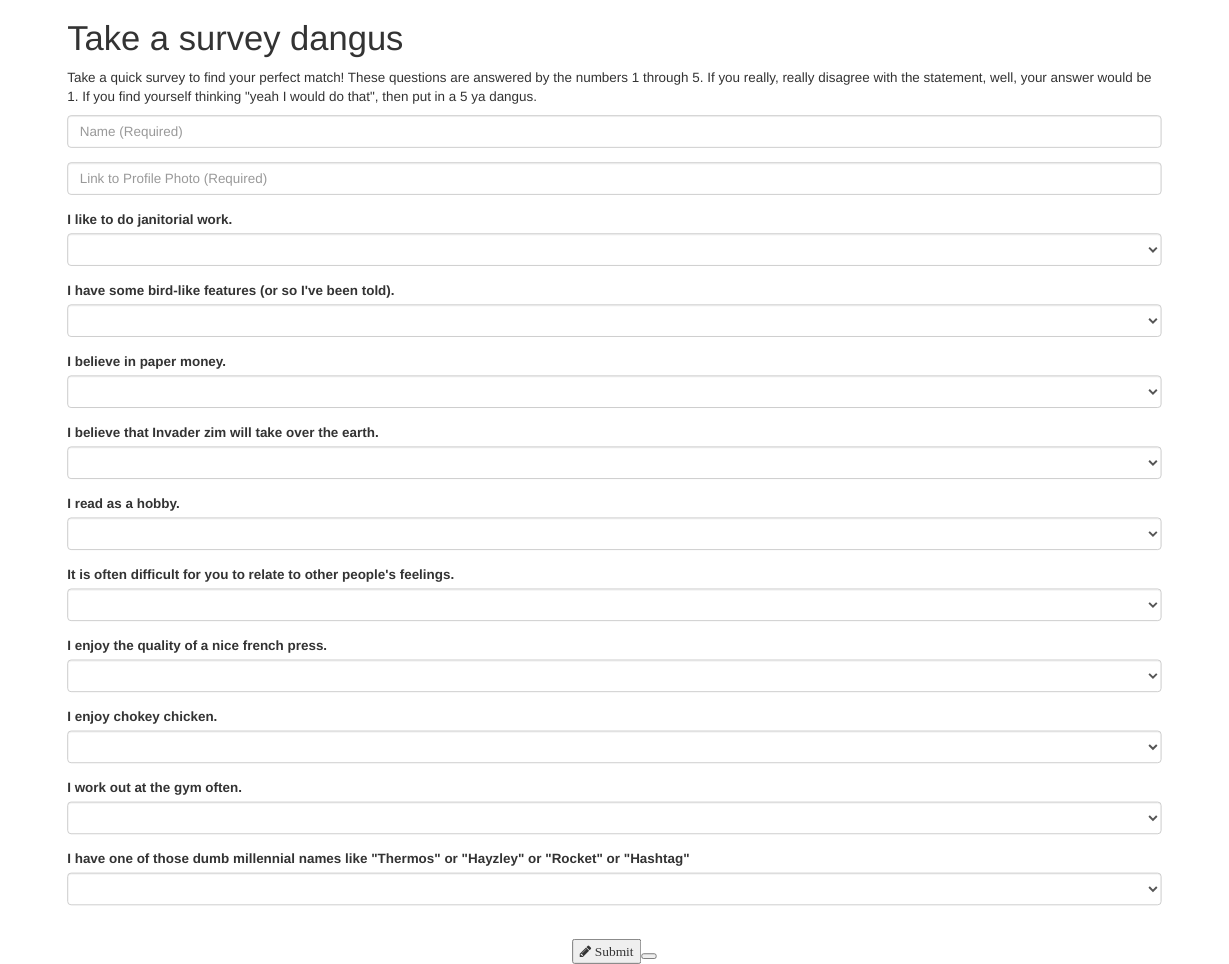
Repository: kcummings1/Mate-Matcher
Page: public/survey.html
The author's editor kept a copy of each file at every save. The page is drawn from the files as they stood at one save, then again after the next save.
The browser window is 1280 px wide. The pictures show the whole page, at 96% of full size.
Some web libraries are served in a nearby version.

Above is the page before, as saved 2019-10-05 12:14:49.

### public/survey.html
<!DOCTYPE html>
<html>

<head>
    <title>Friend Finder | Survey</title>
    <!--===================\\BootStrap//===================-->
    <link rel="stylesheet" href="https://maxcdn.bootstrapcdn.com/bootstrap/3.3.7/css/bootstrap.min.css">
    <link rel="stylesheet" href="https://maxcdn.bootstrapcdn.com/font-awesome/4.7.0/css/font-awesome.min.css">
</head>
<body>

    <div class="container">

        <h1>Take a survey dangus</h1>
        <p>Take a quick survey to find your perfect match! These questions are answered by the numbers 1 through 5. If
            you really, really disagree with the statement, well, your answer would be 1. If you find yourself thinking
            "yeah I would do that", then put in a 5 ya dangus.</p>
        <form>
            <div class="form-group">
                <input id="name" type="text" class="form-control" placeholder="Name (Required)">
            </div>
            <div class="form-group">
                <input id="photo" type="text" class="form-control" placeholder="Link to Profile Photo (Required)">
            </div>
            <div class="form-group">
                <label for="question1">I like to do janitorial work.</label>
                <select class="form-control" id="question1">
                    <option value="empty"></option>
                    <option value="1">1</option>
                    <option value="2">2</option>
                    <option value="3">3</option>
                    <option value="4">4</option>
                    <option value="5">5</option>
                </select>
            </div>
            <div class="form-group">
                <label for="question2">I have some bird-like features (or so I've been told).</label>
                <select class="form-control" id="question2">
                    <option value="empty"></option>
                    <option value="1">1</option>
                    <option value="2">2</option>
                    <option value="3">3</option>
                    <option value="4">4</option>
                    <option value="5">5</option>
                </select>
            </div>
            <div class="form-group">
                <label for="question3">I believe in paper money.</label>
                <select class="form-control" id="question3">
                    <option value="empty"></option>
                    <option value="1">1</option>
                    <option value="2">2</option>
                    <option value="3">3</option>
                    <option value="4">4</option>
                    <option value="5">5</option>
                </select>
            </div>
            <div class="form-group">
                <label for="question4">I believe that Invader zim will take over the earth.</label>
                <select class="form-control" id="question4">
                    <option value="empty"></option>
                    <option value="1">1</option>
                    <option value="2">2</option>
                    <option value="3">3</option>
                    <option value="4">4</option>
                    <option value="5">5</option>
                </select>
            </div>
            <div class="form-group">
                <label for="question5">I read as a hobby.</label>
                <select class="form-control" id="question5">
                    <option value="empty"></option>
                    <option value="1">1</option>
                    <option value="2">2</option>
                    <option value="3">3</option>
                    <option value="4">4</option>
                    <option value="5">5</option>
                </select>
            </div>
            <div class="form-group">
                <label for="question6">It is often difficult for you to relate to other people's feelings.</label>
                <select class="form-control" id="question6">
                    <option value="empty"></option>
                    <option value="1">1</option>
                    <option value="2">2</option>
                    <option value="3">3</option>
                    <option value="4">4</option>
                    <option value="5">5</option>
                </select>
            </div>
            <div class="form-group">
                <label for="question7">I enjoy the quality of a nice french press.</label>
                <select class="form-control" id="question7">
                    <option value="empty"></option>
                    <option value="1">1</option>
                    <option value="2">2</option>
                    <option value="3">3</option>
                    <option value="4">4</option>
                    <option value="5">5</option>
                </select>
            </div>
            <div class="form-group">
                <label for="question8">I enjoy chokey chicken.</label>
                <select class="form-control" id="question8">
                    <option value="empty"></option>
                    <option value="1">1</option>
                    <option value="2">2</option>
                    <option value="3">3</option>
                    <option value="4">4</option>
                    <option value="5">5</option>
                </select>
            </div>
            <div class="form-group">
                <label for="question9">I work out at the gym often.</label>
                <select class="form-control" id="question9">
                    <option value="empty"></option>
                    <option value="1">1</option>
                    <option value="2">2</option>
                    <option value="3">3</option>
                    <option value="4">4</option>
                    <option value="5">5</option>
                </select>
            </div>
            <div class="form-group">
                <label for="question10">I have one of those dumb millennial names like "Thermos" or "Hayzley" or
                    "Rocket" or "Hashtag"</label>
                <select class="form-control" id="question10">
                    <option value="empty"></option>
                    <option value="1">1</option>
                    <option value="2">2</option>
                    <option value="3">3</option>
                    <option value="4">4</option>
                    <option value="5">5</option>
                </select>
            </div>
        </form>
        <div class="text-center"><br>
            <button><i class="fa fa-pencil survey-button"> Submit</i><button>
        </div>

        <!-- Modal after survey completion -->
        <div id="bestFriendModal" class="modal fade" role="dialog">
            <div class="modal-dialog">
                <div class="modal-content">
                    <div class="modal-header">

                        <h3 class="modal-title">Your New Best Friend</h1>
                    </div>
                    <div class="modal-body">
                        <h2 id="bestFriend"></h2>

                    </div>
                    <div class="modal-footer">
                        <!-- <img id="bestFriendPhoto" src="#"> <button type="button" class="btn btn-default" data-dismiss="modal">Close</button> -->
                    </div>
                </div>
            </div>
        </div>
    </div>



    <script src="https://code.jquery.com/jquery-3.2.1.min.js"
        integrity="sha256-hwg4gsxgFZhOsEEamdOYGBf13FyQuiTwlAQgxVSNgt4=" crossorigin="anonymous"></script>
    <script src="https://maxcdn.bootstrapcdn.com/bootstrap/3.3.7/js/bootstrap.min.js"></script>
</body>

</html>

<script type="text/javascript">
    $("#submitBtn").on("click", function (event) {
        event.preventDefault();
        // Form validation
        var valid = true;
        if ($("#name").val() === "" ||
            $("#photo").val() === "") {
            valid = false;
        } else if ($("#question1").val() === "empty" ||
            $("#question2").val() === "empty" ||
            $("#question3").val() === "empty" ||
            $("#question4").val() === "empty" ||
            $("#question5").val() === "empty" ||
            $("#question6").val() === "empty" ||
            $("#question7").val() === "empty" ||
            $("#question8").val() === "empty" ||
            $("#question9").val() === "empty" ||
            $("#question10").val() === "empty") {
            valid = false;
        }
        if (valid === true) {
            var newUser = {
                name: $("#name").val().trim(),
                photo: $("#photo").val().trim(),
                scores: [
                    $("#question1").val(),
                    $("#question2").val(),
                    $("#question3").val(),
                    $("#question4").val(),
                    $("#question5").val(),
                    $("#question6").val(),
                    $("#question7").val(),
                    $("#question8").val(),
                    $("#question9").val(),
                    $("#question10").val()
                ]
            };
            var currentURL = window.location.origin;
            // Ajax call for receiving response after POST req
            $.post(currentURL + "/api/friends", newUser, function (data) {
                $("#bestFriend").text(data.name);
                $("#bestFriendPhoto").attr("src", data.photo);
                $("#bestFriendModal").modal("toggle");
            });
        } else {
            // If a required field is missing, show alert
            alert("Survey is incomplete!");
        }
    });
</script>

After the next save:
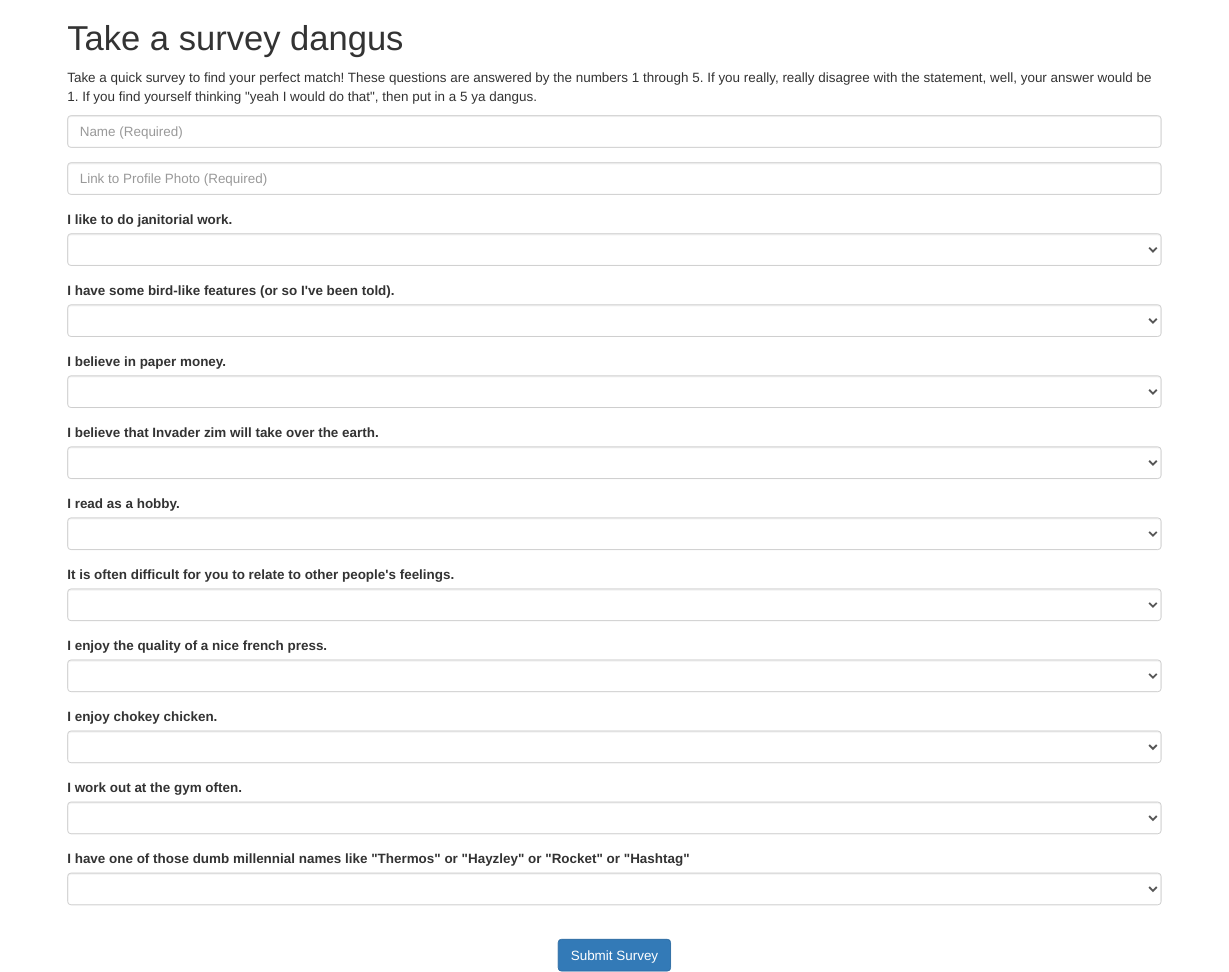
Saved 3 min 14 s later.
--- a/public/survey.html
+++ b/public/survey.html
@@ -135,7 +135,7 @@
             </div>
         </form>
         <div class="text-center"><br>
-            <button><i class="fa fa-pencil survey-button"> Submit</i><button>
+            <input type="submit" class="btn btn-primary" value="Submit Survey" id="submit">
         </div>
 
         <!-- Modal after survey completion -->
